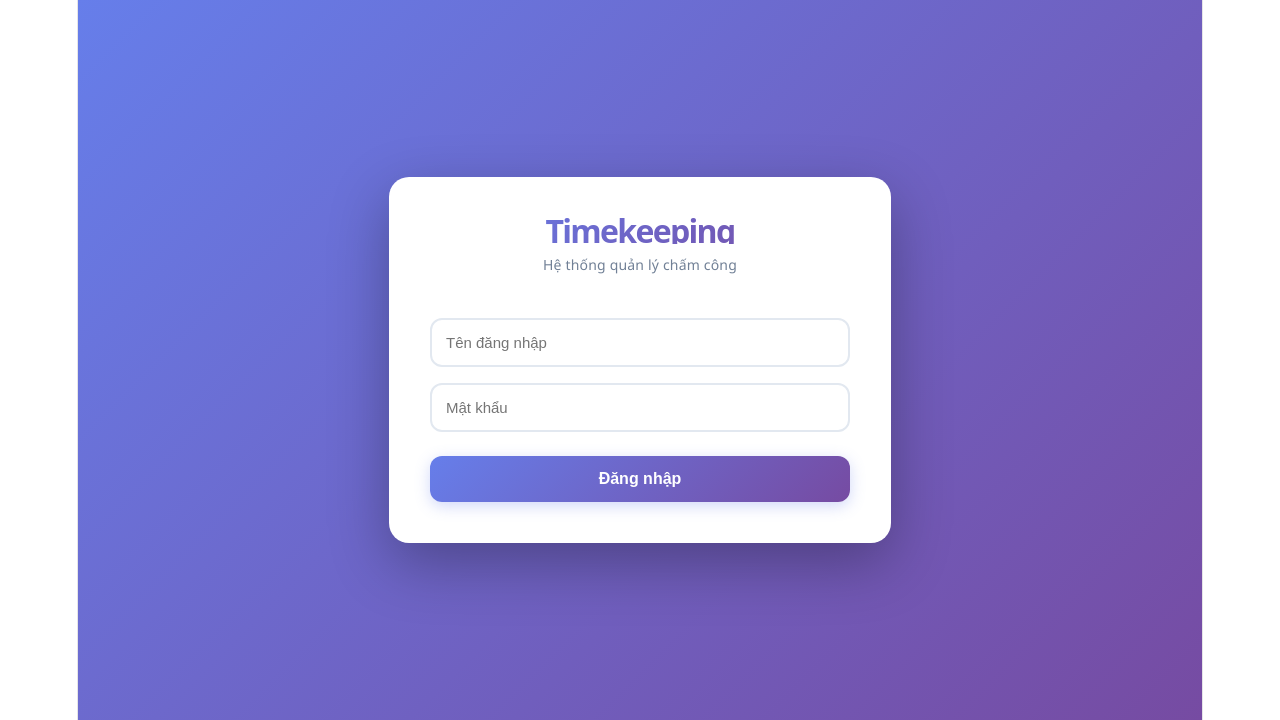
Repository: lgitacc01/timekeeping
Page: / (app in frontend/)
These files come from the project's save history. The page is drawn as it stood at one moment and after the next save; the edit follows.
The browser window is 1280 px wide. The pictures show the whole page.
The project was rebuilt for these pictures with package versions that can differ from the ones it lists, and the page was loaded fresh each time. Also part of the build but not shown: frontend/vite.config.js, frontend/src/pages/EmployeeDashboard.jsx, frontend/src/pages/ManagerDashboard.jsx.

Above is the page before, as saved 2026-05-29 16:02:17.

### frontend/src/index.css
:root {
  --text: #6b6375;
  --text-h: #08060d;
  --bg: #fff;
  --border: #e5e4e7;
  --code-bg: #f4f3ec;
  --accent: #aa3bff;
  --accent-bg: rgba(170, 59, 255, 0.1);
  --accent-border: rgba(170, 59, 255, 0.5);
  --social-bg: rgba(244, 243, 236, 0.5);
  --shadow:
    rgba(0, 0, 0, 0.1) 0 10px 15px -3px, rgba(0, 0, 0, 0.05) 0 4px 6px -2px;

  --sans: system-ui, 'Segoe UI', Roboto, sans-serif;
  --heading: system-ui, 'Segoe UI', Roboto, sans-serif;
  --mono: ui-monospace, Consolas, monospace;

  font: 18px/145% var(--sans);
  letter-spacing: 0.18px;
  color-scheme: light dark;
  color: var(--text);
  background: var(--bg);
  font-synthesis: none;
  text-rendering: optimizeLegibility;
  -webkit-font-smoothing: antialiased;
  -moz-osx-font-smoothing: grayscale;

  @media (max-width: 1024px) {
    font-size: 16px;
  }
}

@media (prefers-color-scheme: dark) {
  :root {
    --text: #9ca3af;
    --text-h: #f3f4f6;
    --bg: #16171d;
    --border: #2e303a;
    --code-bg: #1f2028;
    --accent: #c084fc;
    --accent-bg: rgba(192, 132, 252, 0.15);
    --accent-border: rgba(192, 132, 252, 0.5);
    --social-bg: rgba(47, 48, 58, 0.5);
    --shadow:
      rgba(0, 0, 0, 0.4) 0 10px 15px -3px, rgba(0, 0, 0, 0.25) 0 4px 6px -2px;
  }

  #social .button-icon {
    filter: invert(1) brightness(2);
  }
}

body {
  margin: 0;
}

#root {
  width: 1126px;
  max-width: 100%;
  margin: 0 auto;
  text-align: center;
  border-inline: 1px solid var(--border);
  min-height: 100svh;
  display: flex;
  flex-direction: column;
  box-sizing: border-box;
}

h1,
h2 {
  font-family: var(--heading);
  font-weight: 500;
  color: var(--text-h);
}

h1 {
  font-size: 56px;
  letter-spacing: -1.68px;
  margin: 32px 0;
  @media (max-width: 1024px) {
    font-size: 36px;
    margin: 20px 0;
  }
}
h2 {
  font-size: 24px;
  line-height: 118%;
  letter-spacing: -0.24px;
  margin: 0 0 8px;
  @media (max-width: 1024px) {
    font-size: 20px;
  }
}
p {
  margin: 0;
}

code,
.counter {
  font-family: var(--mono);
  display: inline-flex;
  border-radius: 4px;
  color: var(--text-h);
}

code {
  font-size: 15px;
  line-height: 135%;
  padding: 4px 8px;
  background: var(--code-bg);
}

### frontend/src/App.jsx
import { BrowserRouter, Routes, Route } from "react-router-dom"

import Login from "./pages/Login"
import EmployeeDashboard from "./pages/EmployeeDashboard"
import ManagerDashboard from "./pages/ManagerDashboard"

function App() {

  return (
    <BrowserRouter>

      <Routes>

        <Route
          path="/"
          element={<Login />}
        />

        <Route
          path="/employee"
          element={<EmployeeDashboard />}
        />

        <Route
          path="/manager"
          element={<ManagerDashboard />}
        />

      </Routes>

    </BrowserRouter>
  )
}

export default App

### frontend/src/pages/Login.jsx
import { useState } from "react"

import axios from "axios"

import { useNavigate } from "react-router-dom"

function Login() {

    const navigate = useNavigate()

    const [username, setUsername] = useState("")
    const [password, setPassword] = useState("")

    const handleLogin = async () => {

        try {

            const res = await axios.post(
                "/api/login",
                {
                    username,
                    password
                }
            )

            localStorage.setItem(
                "user",
                JSON.stringify(res.data.user)
            )

            if (res.data.user.role === "manager") {
                navigate("/manager")
            }
            else {
                navigate("/employee")
            }

        }
        catch (err) {
            alert(err.response.data.message)
        }
    }

    return (

        <div
            style={{
                minHeight: "100vh",
                display: "flex",
                justifyContent: "center",
                alignItems: "center",
                background: "linear-gradient(135deg, #667eea 0%, #764ba2 100%)",
                fontFamily: "'Segoe UI', Tahoma, Geneva, Verdana, sans-serif"
            }}
        >

            <div
                style={{
                    width: 420,
                    background: "white",
                    padding: 40,
                    borderRadius: 20,
                    boxShadow: "0px 20px 60px rgba(0, 0, 0, 0.3)",
                    border: "1px solid rgba(255, 255, 255, 0.1)"
                }}
            >

                <div
                    style={{
                        textAlign: "center",
                        marginBottom: 40
                    }}
                >

                    <h1
                        style={{
                            fontSize: 32,
                            fontWeight: 700,
                            margin: 0,
                            marginBottom: 8,
                            background: "linear-gradient(135deg, #667eea 0%, #764ba2 100%)",
                            backgroundClip: "text",
                            WebkitBackgroundClip: "text",
                            WebkitTextFillColor: "transparent"
                        }}
                    >
                        Timekeeping
                    </h1>

                    <p
                        style={{
                            margin: 0,
                            color: "#718096",
                            fontSize: 14
                        }}
                    >
                        Hệ thống quản lý chấm công
                    </p>

                </div>

                <input
                    placeholder="Tên đăng nhập"
                    value={username}
                    onChange={(e) => setUsername(e.target.value)}
                    onKeyPress={(e) => e.key === "Enter" && handleLogin()}
                    style={{
                        width: "100%",
                        padding: 14,
                        marginBottom: 16,
                        borderRadius: 12,
                        border: "2px solid #e2e8f0",
                        fontSize: 15,
                        boxSizing: "border-box",
                        transition: "all 0.3s ease",
                        outline: "none"
                    }}
                    onFocus={(e) => {
                        e.target.style.borderColor = "#667eea"
                        e.target.style.boxShadow = "0px 0px 0px 3px rgba(102, 126, 234, 0.1)"
                    }}
                    onBlur={(e) => {
                        e.target.style.borderColor = "#e2e8f0"
                        e.target.style.boxShadow = "none"
                    }}
                />

                <input
                    type="password"
                    placeholder="Mật khẩu"
                    value={password}
                    onChange={(e) => setPassword(e.target.value)}
                    onKeyPress={(e) => e.key === "Enter" && handleLogin()}
                    style={{
                        width: "100%",
                        padding: 14,
                        marginBottom: 24,
                        borderRadius: 12,
                        border: "2px solid #e2e8f0",
                        fontSize: 15,
                        boxSizing: "border-box",
                        transition: "all 0.3s ease",
                        outline: "none"
                    }}
                    onFocus={(e) => {
                        e.target.style.borderColor = "#667eea"
                        e.target.style.boxShadow = "0px 0px 0px 3px rgba(102, 126, 234, 0.1)"
                    }}
                    onBlur={(e) => {
                        e.target.style.borderColor = "#e2e8f0"
                        e.target.style.boxShadow = "none"
                    }}
                />

                <button
                    onClick={handleLogin}
                    style={{
                        width: "100%",
                        padding: 14,
                        background: "linear-gradient(135deg, #667eea 0%, #764ba2 100%)",
                        color: "white",
                        border: "none",
                        borderRadius: 12,
                        fontSize: 16,
                        fontWeight: 700,
                        cursor: "pointer",
                        transition: "all 0.3s ease",
                        boxShadow: "0px 4px 15px rgba(102, 126, 234, 0.3)"
                    }}
                    onMouseEnter={(e) => {
                        e.target.style.transform = "translateY(-2px)"
                        e.target.style.boxShadow = "0px 6px 25px rgba(102, 126, 234, 0.4)"
                    }}
                    onMouseLeave={(e) => {
                        e.target.style.transform = "translateY(0)"
                        e.target.style.boxShadow = "0px 4px 15px rgba(102, 126, 234, 0.3)"
                    }}
                >
                    Đăng nhập
                </button>

            </div>

        </div>
    )
}

export default Login

Loaded but not shown: frontend/src/main.jsx (common file)

After the next save:
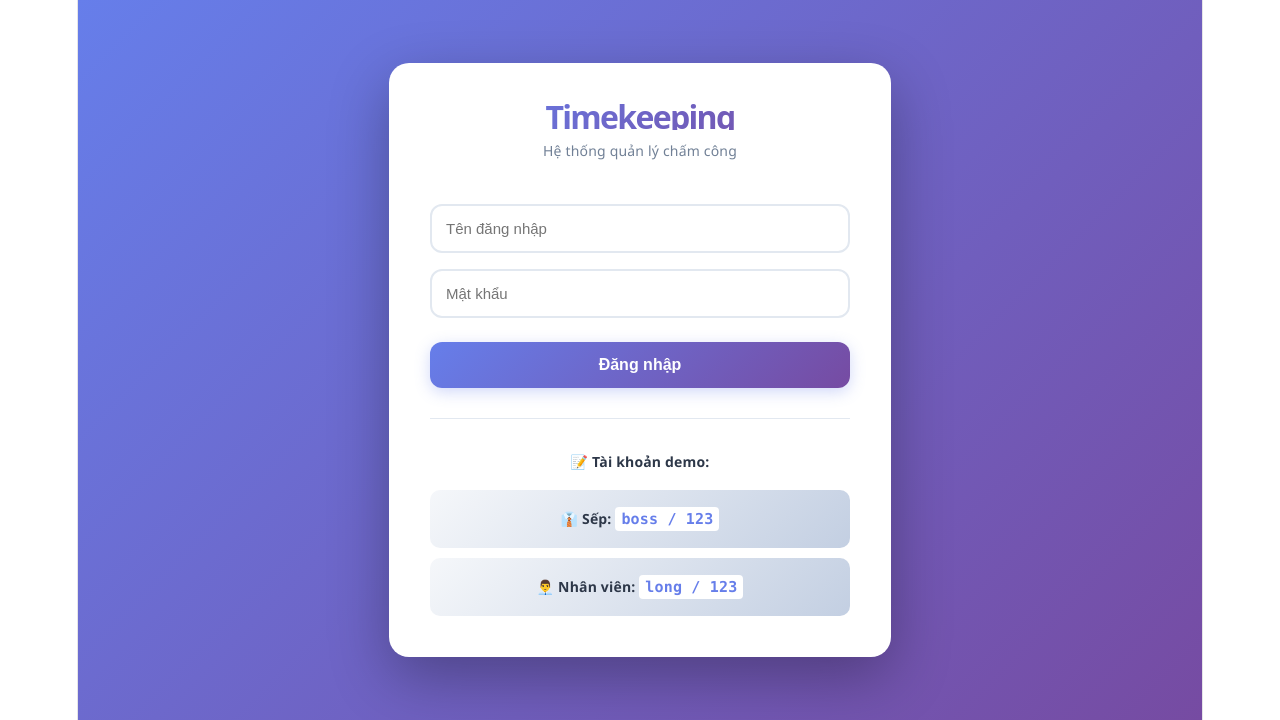
Saved 2 min 51 s later.
--- a/frontend/src/pages/Login.jsx
+++ b/frontend/src/pages/Login.jsx
@@ -16,7 +16,7 @@ function Login() {
         try {
 
             const res = await axios.post(
-                "/api/login",
+                "api/login",
                 {
                     username,
                     password
@@ -179,6 +179,71 @@ function Login() {
                     Đăng nhập
                 </button>
 
+                <div
+                    style={{
+                        marginTop: 30,
+                        paddingTop: 30,
+                        borderTop: "1px solid #e2e8f0"
+                    }}
+                >
+
+                    <p
+                        style={{
+                            margin: 0,
+                            fontWeight: 700,
+                            marginBottom: 14,
+                            color: "#2d3748",
+                            fontSize: 14
+                        }}
+                    >
+                        📝 Tài khoản demo:
+                    </p>
+
+                    <div
+                        style={{
+                            background: "linear-gradient(135deg, #f5f7fa 0%, #c3cfe2 100%)",
+                            padding: 16,
+                            borderRadius: 10,
+                            marginBottom: 10
+                        }}
+                    >
+
+                        <p
+                            style={{
+                                margin: 0,
+                                color: "#2d3748",
+                                fontSize: 14,
+                                fontWeight: 600
+                            }}
+                        >
+                            👔 Sếp: <code style={{ background: "#fff", padding: "2px 6px", borderRadius: 4, color: "#667eea" }}>boss / 123</code>
+                        </p>
+
+                    </div>
+
+                    <div
+                        style={{
+                            background: "linear-gradient(135deg, #f5f7fa 0%, #c3cfe2 100%)",
+                            padding: 16,
+                            borderRadius: 10
+                        }}
+                    >
+
+                        <p
+                            style={{
+                                margin: 0,
+                                color: "#2d3748",
+                                fontSize: 14,
+                                fontWeight: 600
+                            }}
+                        >
+                            👨‍💼 Nhân viên: <code style={{ background: "#fff", padding: "2px 6px", borderRadius: 4, color: "#667eea" }}>long / 123</code>
+                        </p>
+
+                    </div>
+
+                </div>
+
             </div>
 
         </div>
